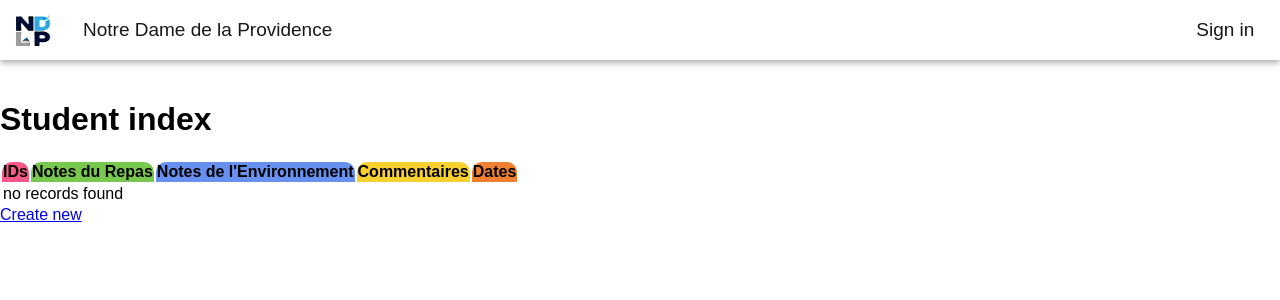
Repository: yaperson/self-feedback1
Page: templates/student/index.html.twig
These files come from the project's save history. The page is drawn as it stood at one moment and after the next save; the edit follows.
The browser window is 1280 px wide. The pictures show the whole page.
The page is a Twig template of a Symfony application; nobody is signed in and links lead nowhere. The template is opened directly, without the code that normally fills it, so the values that code supplies are empty.

Above is the page before, as saved 2021-12-14 10:43:02.
Console error: TypeError: Cannot read properties of null (reading 'querySelectorAll')

### templates/student/index.html.twig
{% extends 'base.html.twig' %}

{% block title %}Student index{% endblock %}

{% block body %}
    <h1>Student index</h1>

    <script>
        const compare = function(ids, asc)
        {
            return function(row1, row2)
            {
                const tdValue = function(row, ids)
                {
                    return row.children[ids].textContent;
                }

                const tri = function(v1, v2)
                {
                    if (v1 !== '' && v2 !== '' && !isNaN(v1) && !isNaN(v2))
                    {
                        return v1 - v2;
                    }

                    else
                    {
                        return v1.toString().localeCompare(v2);
                    }

                    return v1 !== '' && v2 !== '' && !isNaN(v1) && !isNaN(v2) ? v1 - v2 : v1.toString().localeCompare(v2);
                };

                return tri(tdValue(asc ? row1 : row2, ids), tdValue(asc ? row2 : row1, ids));
            }
        }

        const tbody = document.querySelector('tbody');
        const thx = document.querySelectorAll('th');
        const trxb = tbody.querySelectorAll('tr');

        thx.forEach(function(th)
        {
            th.addEventListener('click', function()
            {
                let classe = Array.from(trxb).sort(compare(Array.from(thx).indexOf(th), this.asc = !this.asc));

                classe.forEach(function(tr)
                {
                    tbody.appendChild(tr)
                });
            })
        });
    </script>

    <table class="table">
        <thead>
            <tr>
                <th style="background-color:#F85888; border-top-left-radius: 10px; -moz-border-radius-topleft: 10px; -webkit-border-top-left-radius: 10px; -khtml-border-top-left-radius: 10px; -icab-border-top-left-radius: 10px; -o-border-top-left-radius: 10px; border-top-right-radius: 10px; -moz-border-radius-topright: 10px; -webkit-border-top-right-radius: 10px; -khtml-border-top-right-radius: 10px; -icab-border-top-right-radius: 10px; -o-border-top-right-radius: 10px;">IDs</th>
                <th style="background-color:#78C850; border-top-left-radius: 10px; -moz-border-radius-topleft: 10px; -webkit-border-top-left-radius: 10px; -khtml-border-top-left-radius: 10px; -icab-border-top-left-radius: 10px; -o-border-top-left-radius: 10px; border-top-right-radius: 10px; -moz-border-radius-topright: 10px; -webkit-border-top-right-radius: 10px; -khtml-border-top-right-radius: 10px; -icab-border-top-right-radius: 10px; -o-border-top-right-radius: 10px;">Notes du Repas</th>
                <th style="background-color:#6890F0; border-top-left-radius: 10px; -moz-border-radius-topleft: 10px; -webkit-border-top-left-radius: 10px; -khtml-border-top-left-radius: 10px; -icab-border-top-left-radius: 10px; -o-border-top-left-radius: 10px; border-top-right-radius: 10px; -moz-border-radius-topright: 10px; -webkit-border-top-right-radius: 10px; -khtml-border-top-right-radius: 10px; -icab-border-top-right-radius: 10px; -o-border-top-right-radius: 10px;">Notes de l'Environnement</th>
                <th style="background-color:#F8D030; border-top-left-radius: 10px; -moz-border-radius-topleft: 10px; -webkit-border-top-left-radius: 10px; -khtml-border-top-left-radius: 10px; -icab-border-top-left-radius: 10px; -o-border-top-left-radius: 10px; border-top-right-radius: 10px; -moz-border-radius-topright: 10px; -webkit-border-top-right-radius: 10px; -khtml-border-top-right-radius: 10px; -icab-border-top-right-radius: 10px; -o-border-top-right-radius: 10px;">Commentaires</th>
                <th style="background-color:#F08030; border-top-left-radius: 10px; -moz-border-radius-topleft: 10px; -webkit-border-top-left-radius: 10px; -khtml-border-top-left-radius: 10px; -icab-border-top-left-radius: 10px; -o-border-top-left-radius: 10px; border-top-right-radius: 10px; -moz-border-radius-topright: 10px; -webkit-border-top-right-radius: 10px; -khtml-border-top-right-radius: 10px; -icab-border-top-right-radius: 10px; -o-border-top-right-radius: 10px;">Dates</th>
            </tr>
        </thead>
        <tbody>
        {% for student in students %}
            <tr>
                <td>{{ student.id }}</td>
                <td>{{ student.noteRepas }}</td>
                <td>{{ student.noteValeurEnvironnement }}</td>
                <td>{{ student.noteCommentaire }}</td>
                <td>{{ student.noteDate ? student.noteDate|date('Y-m-d') : '' }}</td>
            </tr>
        {% else %}
            <tr>
                <td colspan="6">no records found</td>
            </tr>
        {% endfor %}
        </tbody>
    </table>

    <a href="{{ path('student_new') }}">Create new</a>
{% endblock %}

### templates/base.html.twig
<!doctype html>
<html lang="en">
  <head>
    <meta charset="utf-8">
    <meta name="viewport" content="width=device-width, initial-scale=1, shrink-to-fit=no">
    <meta name="description" content="">
    <meta name="author" content="">
    <title>
        {% block title %} Welcome!
        {% endblock %}

    </title>
    <link rel="shortcut icon" href="images/cropped-cropped-NDLP-3-min-e1544695116495.png" type="image/x-icon">
    <link rel="stylesheet" href="css/style.css">
    <link rel="stylesheet" href="css/home.css">
    <!-- Bootstrap core CSS -->
    {# <link rel="stylesheet" href="/css/bootstrap.css" > #}
    {# <link rel="stylesheet" href="/css/starter-template.css" > #}

    <!-- Bootstrap core JS    # MIS EN COMMENTAIRE CAR BUGUE, A REGLER #
    <script src="js/bootstrap.js" > -->

 {% block stylesheets %}
 {% endblock %}
 {% block javascripts %}
 {% endblock %}

  </head>

  <body>
        <nav class="topnav" id="myTopnav">
          <div id="left">
            <img class="topnav__link img" src="/images/cropped-cropped-NDLP-3-min-e1544695116495.png">
            <span class="topnav__link">Notre Dame de la Providence</span>
          </div>
          {% if is_granted('ROLE_USER') %}
              <div class="nav-link disabled">
                <i class="fas fa-user"></i>
                {% if app.user %}
                  <strong>{{ app.user.username }}</strong>
                {% endif %}
              </div>
              <a class="topnav__link" id="right" href="{{ path('app_logout') }}">{{'Logout'|trans}}</a>
              {% else %}
              <a class="topnav__link" id="right" href="{{ path('app_login') }}">{{'Sign in'|trans}}</a>
              {% endif %}
        </nav>

    <main>
          {% block body %}{% endblock %}

    </main><!-- /.container -->
    {#
    <!-- Bootstrap core JavaScript
    ================================================== -->
    <!-- Placed at the end of the document so the pages load faster -->
    <script src="https://code.jquery.com/jquery-3.2.1.slim.min.js" integrity="sha384-KJ3o2DKtIkvYIK3UENzmM7KCkRr/rE9/Qpg6aAZGJwFDMVNA/GpGFF93hXpG5KkN" crossorigin="anonymous"></script>
    <script>window.jQuery || document.write('<script src="../../../../assets/js/vendor/jquery-slim.min.js"><\/script>')</script>
    <script src="../../../../assets/js/vendor/popper.min.js"></script>
    <script src="../../../../dist/js/bootstrap.min.js"></script> #}
  </body>
</html>

### public/css/style.css
html{
    width: 100%;
    width: 100%;
    height: 100%;
}


body{
    display: grid;
    margin: 0;
    width: 100%;
    height: 100vh;
    font-family: Arial, Helvetica, sans-serif;
}

main {
  margin-top: 5rem;
}

#btn5 {
  background: linear-gradient(180deg, #2aa1d4 0%, rgba(42, 158, 207, 0.992) 0.01%, rgba(43, 158, 207, 0.65) 99.97%, rgba(41, 157, 207, 0.67) 99.98%, rgba(45, 170, 225, 0.89) 100%);
  box-shadow: 0px 4px 4px rgba(0, 0, 0, 0.12);
  border-radius: 30px;
  border: none;
}
/***********************************************/
.topnav {
  overflow: hidden;
  background-color: rgb(255, 255, 255);
  box-shadow: 0 3px 6px 0 rgb(175, 175, 175);
  user-select: none;
  z-index: 2;
  display: flex;
  align-items: center;
  justify-content: space-between;
  position: fixed;
  width: 100%;
}
.topnav .topnav__link {
  float: left;
  color: #181818;
  padding: 14px 16px;
  text-decoration: none;
  font-size: 19px;
  transition: 0.2s;
}
#left {
  display: flex;
  align-items: center;
}
#right {
  float: right;
  /* margin-left: 75%; */
  padding-right: 2%;
}
.img {
  width: 35px;
  height: 32px;
  left: 11px;
  top: 7px;
}
.topnav .topnav__link:hover {
  color: #060c18;
  transition: 0.2s;
}
  /*****/
  .foo-container {
    display: flex;
    position: absolute;
    justify-content: center;
    align-items: center;
    bottom: 0;
    width: 100%;
    /* height: 164px; */
    color: white;
    background: #424242;
  }
  .bloc {
    display: flex;
    justify-content: space-around;
    margin: 10px;
    width: 50%;
  }

/***********************************************/

.error{
  display: flex;
  position: absolute;
  justify-content: center;
  align-items: center;
  width: 100%;
  height: 50px;
  background-color: red;
  animation: kboom infinite 1s;
  color: white;
}

@keyframes kboom {
  0%{
    background-color: red;
  }
  100%{
    background-color: blue;
  }
}



element.style {
  background-image: url(assets/img/image1.jpg);
  height: 100vh;
}
.bg-image {
  display: flex;
  justify-content: center;
  align-items: center;
  position: relative;
  overflow: hidden;
  background-repeat: no-repeat;
  background-size: cover;
  background-position: 50%;
}

@media (max-width: 750px) {
  .foo-container {
    color: #b6b6fb;
  }
  .topnav {
    max-width: 100%;
  }
}

### public/css/home.css
.main__title{
    display: flex;
    justify-content: center;
}

.title{
    font-size: 5rem;
    transition: 0.2s;
    animation: fromTop 2s ;
}

/***************/
.main__btn{
    justify-content: center;
    align-content: center;
    align-items: center;
    text-align: center;
    display: flex;
}

#btn5{
    display: flex;
    align-items: center;
    justify-content: center;
    position: relative;
    overflow: hidden;
    color: rgb(255, 255, 255);
    mix-blend-mode: normal;
    cursor: pointer;
    outline: none;
    border: none;
    width: 20%;
    height: 60px;
    text-decoration: none;
}
.TxtBtn {
    position: relative;
    pointer-events: none;
}

@media screen and (max-width: 750px) {
    main{
        max-width: 100%;
        height: 80%;
    }
    h1 {
        font-size: 60px;
        margin: auto;
    }
    h3{
        font-size: 50px;
    }
    #target{
        font-size: 50px;
    }
    #btn5{
        width: 200px;
    }
}

@keyframes fromTop {
    0% {
        color: rgba(0, 0, 0, 0);
        transition: 0.2s;
        margin-top: 20px;
    }
    100% {
        color: rgb(0, 0, 0);
        /* transition: 0.2s; */
    }
}

After the next save:
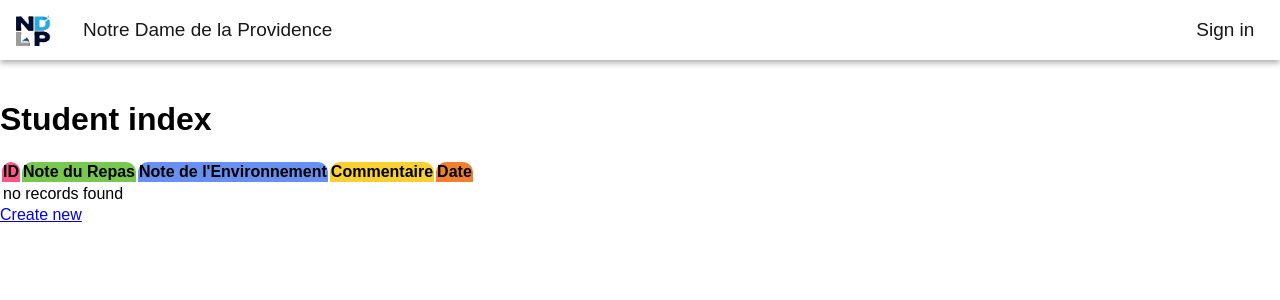
Saved 20 s later.
--- a/templates/student/index.html.twig
+++ b/templates/student/index.html.twig
@@ -55,11 +55,11 @@
     <table class="table">
         <thead>
             <tr>
-                <th style="background-color:#F85888; border-top-left-radius: 10px; -moz-border-radius-topleft: 10px; -webkit-border-top-left-radius: 10px; -khtml-border-top-left-radius: 10px; -icab-border-top-left-radius: 10px; -o-border-top-left-radius: 10px; border-top-right-radius: 10px; -moz-border-radius-topright: 10px; -webkit-border-top-right-radius: 10px; -khtml-border-top-right-radius: 10px; -icab-border-top-right-radius: 10px; -o-border-top-right-radius: 10px;">IDs</th>
-                <th style="background-color:#78C850; border-top-left-radius: 10px; -moz-border-radius-topleft: 10px; -webkit-border-top-left-radius: 10px; -khtml-border-top-left-radius: 10px; -icab-border-top-left-radius: 10px; -o-border-top-left-radius: 10px; border-top-right-radius: 10px; -moz-border-radius-topright: 10px; -webkit-border-top-right-radius: 10px; -khtml-border-top-right-radius: 10px; -icab-border-top-right-radius: 10px; -o-border-top-right-radius: 10px;">Notes du Repas</th>
-                <th style="background-color:#6890F0; border-top-left-radius: 10px; -moz-border-radius-topleft: 10px; -webkit-border-top-left-radius: 10px; -khtml-border-top-left-radius: 10px; -icab-border-top-left-radius: 10px; -o-border-top-left-radius: 10px; border-top-right-radius: 10px; -moz-border-radius-topright: 10px; -webkit-border-top-right-radius: 10px; -khtml-border-top-right-radius: 10px; -icab-border-top-right-radius: 10px; -o-border-top-right-radius: 10px;">Notes de l'Environnement</th>
-                <th style="background-color:#F8D030; border-top-left-radius: 10px; -moz-border-radius-topleft: 10px; -webkit-border-top-left-radius: 10px; -khtml-border-top-left-radius: 10px; -icab-border-top-left-radius: 10px; -o-border-top-left-radius: 10px; border-top-right-radius: 10px; -moz-border-radius-topright: 10px; -webkit-border-top-right-radius: 10px; -khtml-border-top-right-radius: 10px; -icab-border-top-right-radius: 10px; -o-border-top-right-radius: 10px;">Commentaires</th>
-                <th style="background-color:#F08030; border-top-left-radius: 10px; -moz-border-radius-topleft: 10px; -webkit-border-top-left-radius: 10px; -khtml-border-top-left-radius: 10px; -icab-border-top-left-radius: 10px; -o-border-top-left-radius: 10px; border-top-right-radius: 10px; -moz-border-radius-topright: 10px; -webkit-border-top-right-radius: 10px; -khtml-border-top-right-radius: 10px; -icab-border-top-right-radius: 10px; -o-border-top-right-radius: 10px;">Dates</th>
+                <th style="background-color:#F85888; border-top-left-radius: 10px; -moz-border-radius-topleft: 10px; -webkit-border-top-left-radius: 10px; -khtml-border-top-left-radius: 10px; -icab-border-top-left-radius: 10px; -o-border-top-left-radius: 10px; border-top-right-radius: 10px; -moz-border-radius-topright: 10px; -webkit-border-top-right-radius: 10px; -khtml-border-top-right-radius: 10px; -icab-border-top-right-radius: 10px; -o-border-top-right-radius: 10px;">ID</th>
+                <th style="background-color:#78C850; border-top-left-radius: 10px; -moz-border-radius-topleft: 10px; -webkit-border-top-left-radius: 10px; -khtml-border-top-left-radius: 10px; -icab-border-top-left-radius: 10px; -o-border-top-left-radius: 10px; border-top-right-radius: 10px; -moz-border-radius-topright: 10px; -webkit-border-top-right-radius: 10px; -khtml-border-top-right-radius: 10px; -icab-border-top-right-radius: 10px; -o-border-top-right-radius: 10px;">Note du Repas</th>
+                <th style="background-color:#6890F0; border-top-left-radius: 10px; -moz-border-radius-topleft: 10px; -webkit-border-top-left-radius: 10px; -khtml-border-top-left-radius: 10px; -icab-border-top-left-radius: 10px; -o-border-top-left-radius: 10px; border-top-right-radius: 10px; -moz-border-radius-topright: 10px; -webkit-border-top-right-radius: 10px; -khtml-border-top-right-radius: 10px; -icab-border-top-right-radius: 10px; -o-border-top-right-radius: 10px;">Note de l'Environnement</th>
+                <th style="background-color:#F8D030; border-top-left-radius: 10px; -moz-border-radius-topleft: 10px; -webkit-border-top-left-radius: 10px; -khtml-border-top-left-radius: 10px; -icab-border-top-left-radius: 10px; -o-border-top-left-radius: 10px; border-top-right-radius: 10px; -moz-border-radius-topright: 10px; -webkit-border-top-right-radius: 10px; -khtml-border-top-right-radius: 10px; -icab-border-top-right-radius: 10px; -o-border-top-right-radius: 10px;">Commentaire</th>
+                <th style="background-color:#F08030; border-top-left-radius: 10px; -moz-border-radius-topleft: 10px; -webkit-border-top-left-radius: 10px; -khtml-border-top-left-radius: 10px; -icab-border-top-left-radius: 10px; -o-border-top-left-radius: 10px; border-top-right-radius: 10px; -moz-border-radius-topright: 10px; -webkit-border-top-right-radius: 10px; -khtml-border-top-right-radius: 10px; -icab-border-top-right-radius: 10px; -o-border-top-right-radius: 10px;">Date</th>
             </tr>
         </thead>
         <tbody>
